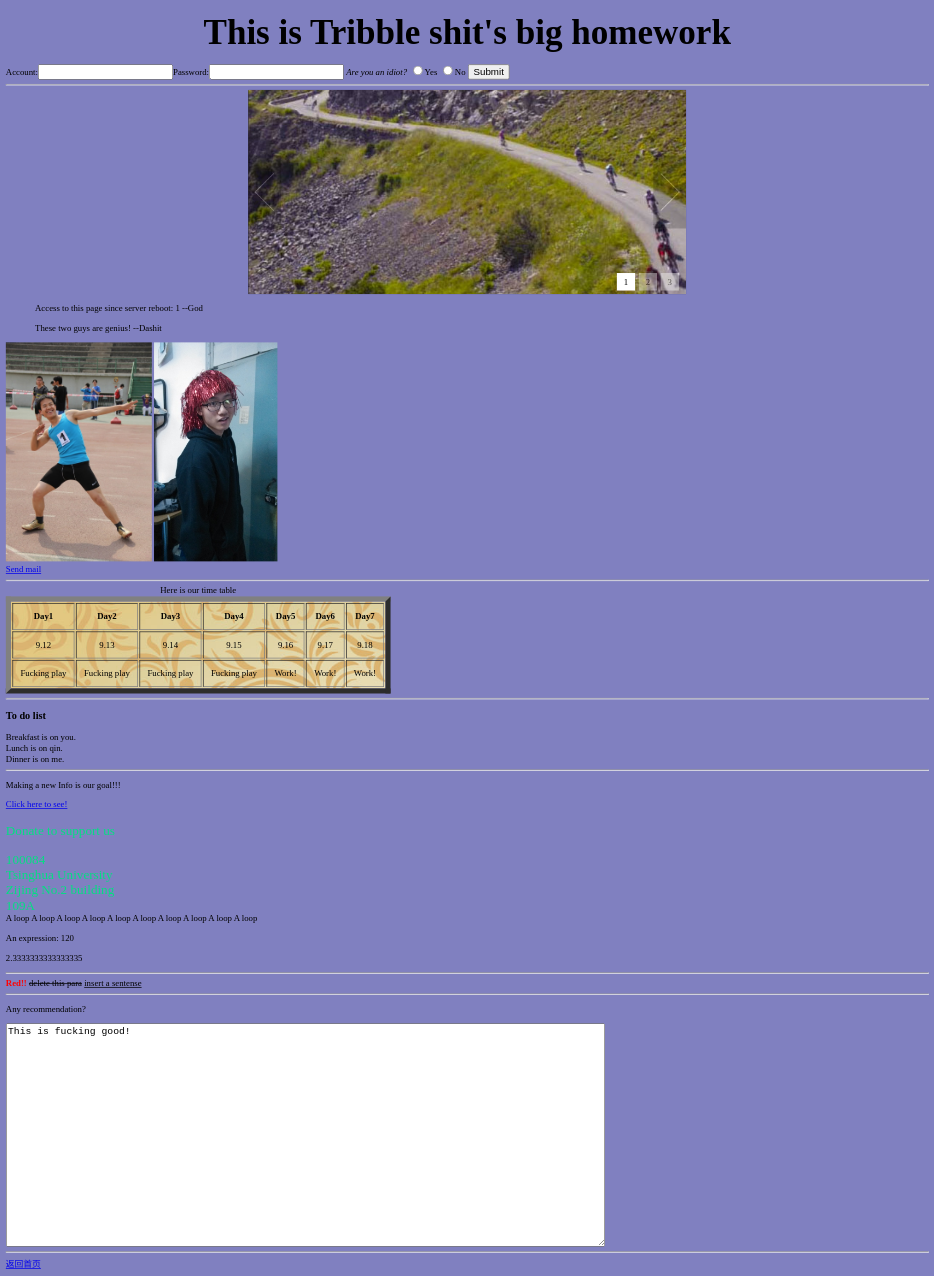
Repository: hbisheng/Academic-portal-website
Page: http://localhost/NewInfo/author.jsp
The author's editor kept a copy of each file at every save. The page is drawn from the files as they stood at one save, then again after the next save.
The browser window is 1280 px wide. The pictures show the whole page, at 73% of full size.
The page is served by Tomcat 9.

Above is the page before, as saved 2014-09-14 08:57:04.

After the next save:
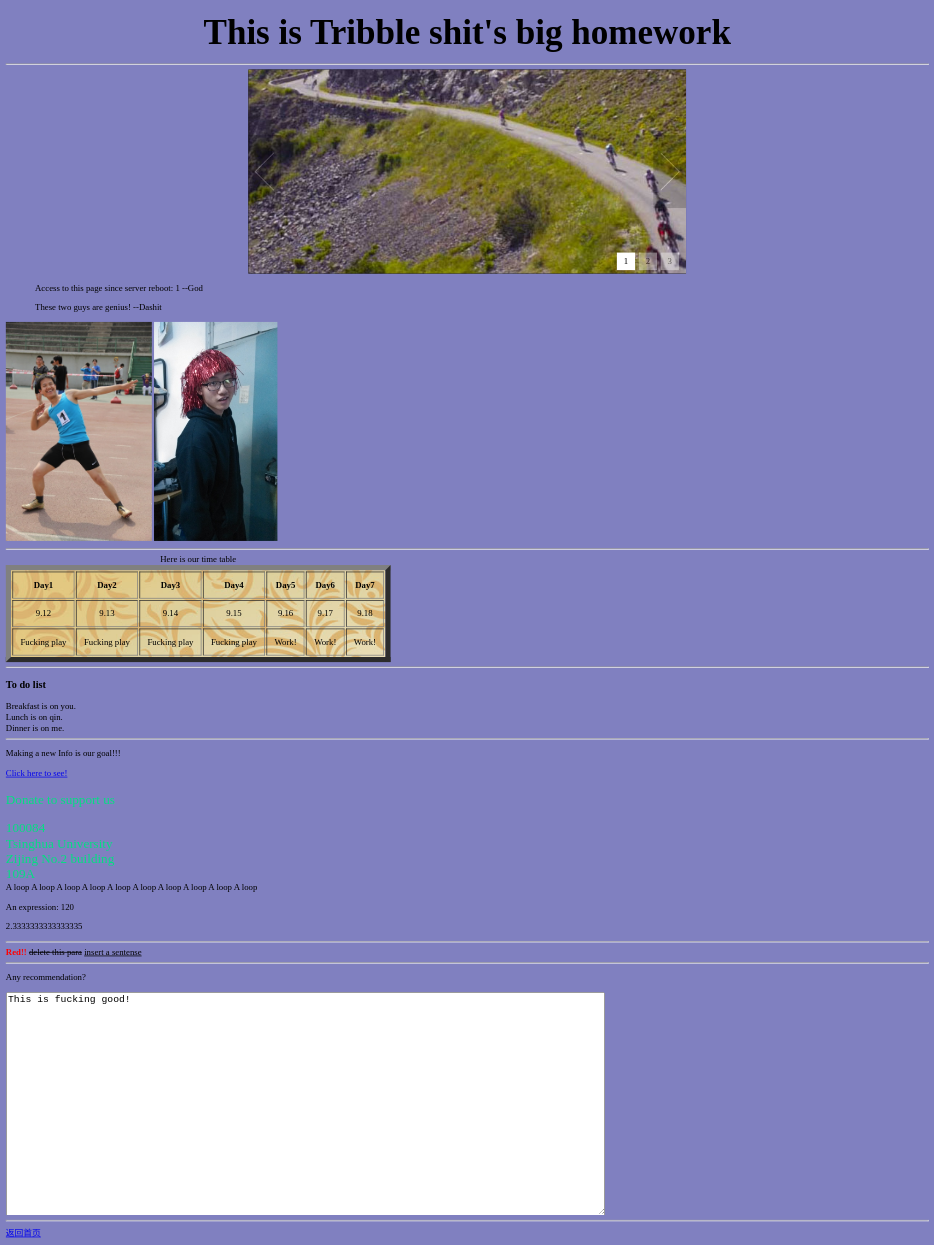
Saved 5 min 31 s later.
--- a/Java_info/NewInfo/WebContent/author.jsp
+++ b/Java_info/NewInfo/WebContent/author.jsp
@@ -36,13 +36,6 @@ img {border:0;}
 
 <body bgcolor= "#8080C0">
 <h1 align ="center"><font size = 8 face ="微软雅黑" >This is Tribble shit's big homework</font></h1>
-<form action="">
-Account:<input type="text" name="account">Password:<input type="password" name="password">
-<em>Are you an idiot?</em>
-<input type="radio" name="sex" value="Yes">Yes
-<input type="radio" name="sex" value="No">No
-<input type="submit">
-</form>
 
 <hr><div class="focus" id="focus001" align="left">
     <ul>
@@ -59,7 +52,6 @@ These two guys are genius! --Dashit
 </blockquote>
 <a href="http://www.baidu.com"><img border= "0" src = "img/Bolt.jpg"  height = "300"></a>
 <a href="http://www.sina.com.cn"><img border= "0" src = "img/Double.jpg"  height = "300"></a><br>
-<a href="hbisheng@126.com?subject=Hello%20again">Send mail</a>
 
 <hr><table border="7" cellpadding = "10" background = "img/silk_texture.jpg">
 <caption>Here is our time table</caption>
